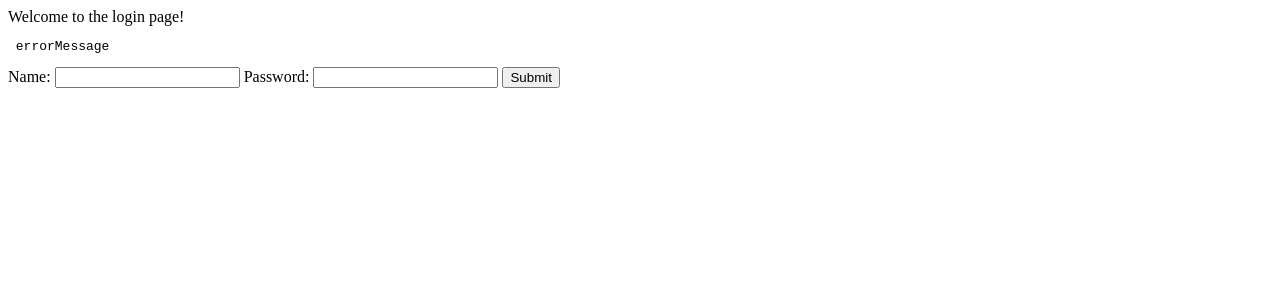
Repository: Baemint2/SPRING
Page: http://localhost/myfirstwebapp/src/main/resources/META-INF/resources/jsp/login.jsp
An editor plug-in stored every save of this project. The page is shown before and after the next save, followed by the edit.
The browser window is 1280 px wide. The pictures show the whole page.
The page is served by Tomcat 9. Other server files are loaded and not shown.

Above is the page before, as saved 2023-12-14 01:40:59.

### myfirstwebapp/src/main/resources/META-INF/resources/jsp/login.jsp
<html>
  <head>
    <title>Login Page</title>
  </head>
  <body>
  		Welcome to the login page!
  		<pre>${errorMessage} errorMessage</pre>
  		<form method="post">
  			Name: <input type="text" name="name">
  			Password: <input type="password" name="password">
  			<input type="submit">
  		</form>
  </body>
</html>

After the next save:
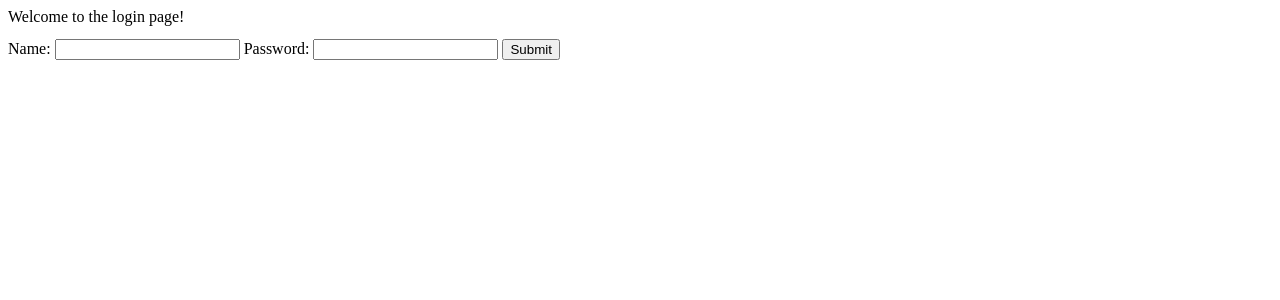
Saved 24 s later.
--- a/myfirstwebapp/src/main/resources/META-INF/resources/jsp/login.jsp
+++ b/myfirstwebapp/src/main/resources/META-INF/resources/jsp/login.jsp
@@ -4,7 +4,7 @@
   </head>
   <body>
   		Welcome to the login page!
-  		<pre>${errorMessage} errorMessage</pre>
+  		<pre>${errorMessage}</pre>
   		<form method="post">
   			Name: <input type="text" name="name">
   			Password: <input type="password" name="password">
